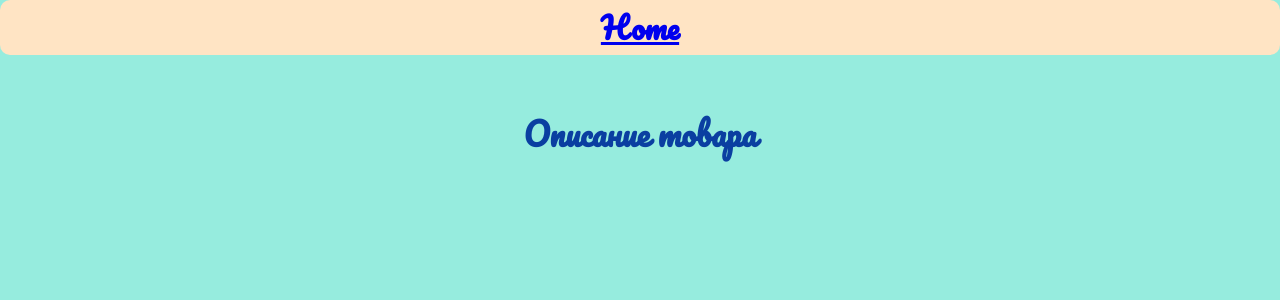
Repository: annamsklv/web
Page: seminar2_26.01/product page.html
These files come from the project's save history. The page is drawn as it stood at one moment and after the next save; the edit follows.
The browser window is 1280 px wide. The pictures show the whole page.

Above is the page before, as saved 2023-02-01 20:11:25.

### seminar2_26.01/product page.html
<!DOCTYPE html>
<html lang="en">
<head>
    <meta charset="UTF-8">
    <meta http-equiv="X-UA-Compatible" content="IE-edge">
    <meta name="viewport" content="width=device-width, initial-scale=1.0">
    <div class="home">
        <a class="link" href="index.html">Home</a>
    </div>
    <title>Продукт</title>
    <link rel="preconnect" href="https://fonts.googleapis.com">
<link rel="preconnect" href="https://fonts.gstatic.com" crossorigin>
<link href="https://fonts.googleapis.com/css2?family=Pacifico&display=swap" rel="stylesheet">
    <link rel="stylesheet" href="product style.css">

</head>


<body>

    <div class="header">
    <div class="container"></div>
    <h1 class="title">Описание товара</h1>
    </div>
    </div>

    <div class="content">
        <div class="container">

        </div>
    </div>

<div class="footer">


</div>

</body>
</html>

### seminar2_26.01/product style.css
* {
    margin: 0;
    padding: 0;
}

body{
    background-color: rgb(150, 236, 222);
}
.container{
    width: 1200px;
    margin: 0 auto;
}

.title{
    text-align: center;
    margin-top: 50px;
    font-family: 'Pacifico';
    color: rgb(10, 63, 161);
}

.home{
    font-family: 'Pacifico', cursive;
    color: rgb(10, 63, 161);
    font-size: 30px;
    font-weight: bold;
    background-color: bisque;
    border-radius: 10px;
    display: block;
    border: 1px solid transparent;
    text-align: center;

}

After the next save:
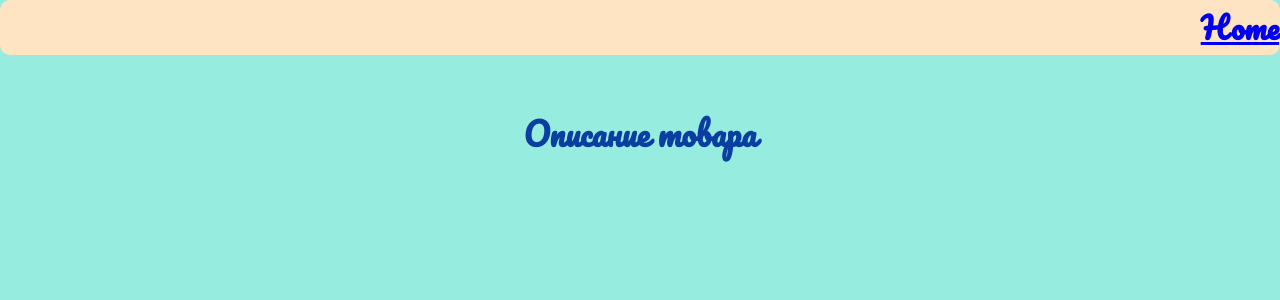
Saved 9 s later.
--- a/seminar2_26.01/product style.css
+++ b/seminar2_26.01/product style.css
@@ -27,6 +27,6 @@ body{
     border-radius: 10px;
     display: block;
     border: 1px solid transparent;
-    text-align: center;
+    text-align: right;
 
 }
